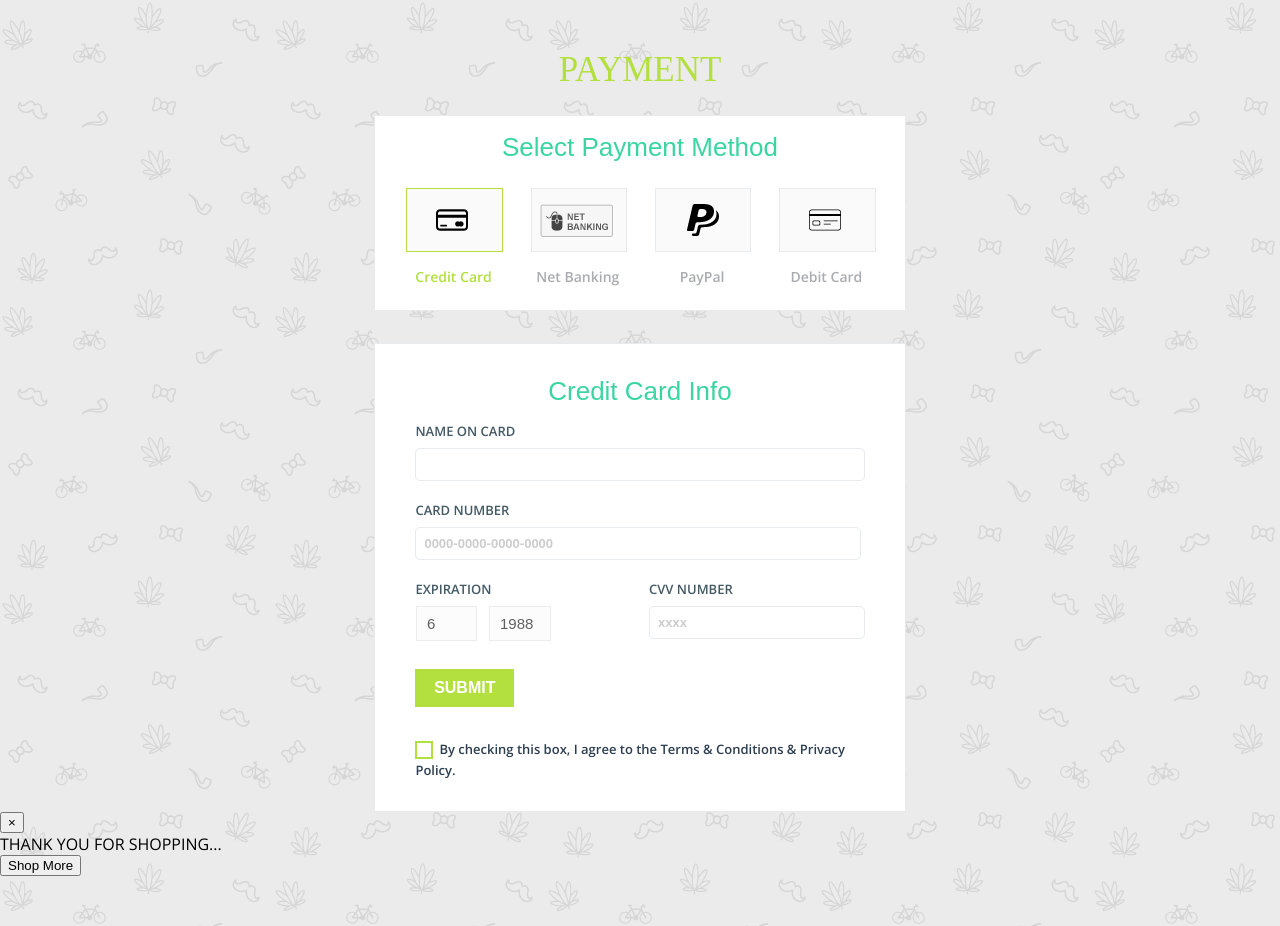
Repository: abinbabu/project-1-final
Page: http://localhost/shoppingcartfront/WEB-INF/views/lastpage.jsp
An editor plug-in stored every save of this project. The page is shown before and after the next save, followed by the edit.
The browser window is 1280 px wide. The pictures show the whole page.
Some web fonts or font styles are not loaded; a fallback is used. The page is served by Tomcat 9. Nobody is signed in. Other server files are loaded and not shown. The template is opened directly, without the code that normally fills it, so the values that code supplies are empty.

Above is the page before, as saved 2016-08-21 09:35:30.

### final complete/shoppingcartfront/src/main/webapp/WEB-INF/views/lastpage.jsp
<%@ page language="java" contentType="text/html; charset=ISO-8859-1"
    pageEncoding="ISO-8859-1"%>
    <%@ taglib prefix="spring" uri="http://www.springframework.org/tags"%>
<%@ taglib uri="http://java.sun.com/jsp/jstl/core" prefix="c"%>
<!DOCTYPE html PUBLIC "-//W3C//DTD HTML 4.01 Transitional//EN" "http://www.w3.org/TR/html4/loose.dtd">
<html>
<head>
<meta http-equiv="Content-Type" content="text/html; charset=ISO-8859-1">
<link href="<c:url value="/resources/css/style.css" />"
	rel="stylesheet">
	<link href='//fonts.googleapis.com/css?family=Fugaz+One' rel='stylesheet' type='text/css'>
<link href='//fonts.googleapis.com/css?family=Alegreya+Sans:400,100,100italic,300,300italic,400italic,500,500italic,700,700italic,800,800italic,900,900italic' rel='stylesheet' type='text/css'>
<link href='//fonts.googleapis.com/css?family=Open+Sans:400,300,300italic,400italic,600,600italic,700,700italic,800,800italic' rel='stylesheet' type='text/css'>
<script src="<c:url value="/resources/js/jquery.min.js" />"></script>


<title>payment</title>
</head>
<body>
<div class="main">
		<h1>Payment</h1>
		<div class="content">

			<script src="<c:url value="/resources/js/easyResponsiveTabs.js" />" type="text/javascript"></script>
					<script type="text/javascript">
						$(document).ready(function () {
							$('#horizontalTab').easyResponsiveTabs({
								type: 'default', //Types: default, vertical, accordion
								width: 'auto', //auto or any width like 600px
								fit: true   // 100% fit in a container
							});
						});

					</script>
						<div class="sap_tabs">
							<div id="horizontalTab" style="display: block; width: 100%; margin: 0px;">
								<div class="pay-tabs">
									<h2>Select Payment Method</h2>
									  <ul class="resp-tabs-list">
										  <li class="resp-tab-item" aria-controls="tab_item-0" role="tab"><span><label class="pic1"></label>Credit Card</span></li>
										  <li class="resp-tab-item" aria-controls="tab_item-1" role="tab"><span><label class="pic3"></label>Net Banking</span></li>
										  <li class="resp-tab-item" aria-controls="tab_item-2" role="tab"><span><label class="pic4"></label>PayPal</span></li>
										  <li class="resp-tab-item" aria-controls="tab_item-3" role="tab"><span><label class="pic2"></label>Debit Card</span></li>
										  <div class="clear"></div>
									  </ul>
								</div>
								<div class="resp-tabs-container">
									<div class="tab-1 resp-tab-content" aria-labelledby="tab_item-0">
										<div class="payment-info">

											<h3 class="pay-title">Credit Card Info</h3>
											<form>
												<div class="tab-for">
													<h5>NAME ON CARD</h5>
														<input type="text" value="">
													<h5>CARD NUMBER</h5>
														<input class="pay-logo" type="text" value="0000-0000-0000-0000" onfocus="this.value = '';" onblur="if (this.value == '') {this.value = '0000-0000-0000-0000';}" required="">
												</div>
												<div class="transaction">
													<div class="tab-form-left user-form">
														<h5>EXPIRATION</h5>
															<ul>
																<li>
																	<input type="number" class="text_box" type="text" value="6" min="1" />
																</li>
																<li>
																	<input type="number" class="text_box" type="text" value="1988" min="1" />
																</li>

															</ul>
													</div>
													<div class="tab-form-right user-form-rt">
														<h5>CVV NUMBER</h5>
														<input type="text" value="xxxx" onfocus="this.value = '';" onblur="if (this.value == '') {this.value = 'xxxx';}" required="">
													</div>
													<div class="clear"></div>
												</div>
												<input type="submit" value="SUBMIT" class="btn btn-info btn-lg" data-toggle="modal" data-target="#myModal">
											</form>
											<div class="single-bottom">
													<ul>
														<li>
															<input type="checkbox"  id="brand" value="">
															<label for="brand"><span></span>By checking this box, I agree to the Terms & Conditions & Privacy Policy.</label>
														</li>
													</ul>
											</div>
										</div>
									</div>
									<div class="tab-1 resp-tab-content" aria-labelledby="tab_item-1">
										<div class="payment-info">
											<h3>Net Banking</h3>
											<div class="radio-btns">
												<div class="swit">
													<div class="check_box"> <div class="radio"> <label><input type="radio" name="radio" checked=""><i></i>Andhra Bank</label> </div></div>
													<div class="check_box"> <div class="radio"> <label><input type="radio" name="radio"><i></i>Allahabad Bank</label> </div></div>
													<div class="check_box"> <div class="radio"> <label><input type="radio" name="radio"><i></i>Bank of Baroda</label> </div></div>
													<div class="check_box"> <div class="radio"> <label><input type="radio" name="radio"><i></i>Canara Bank</label> </div></div>
													<div class="check_box"> <div class="radio"> <label><input type="radio" name="radio"><i></i>IDBI Bank</label> </div></div>
													<div class="check_box"> <div class="radio"> <label><input type="radio" name="radio"><i></i>Icici Bank</label> </div></div>
													<div class="check_box"> <div class="radio"> <label><input type="radio" name="radio"><i></i>Indian Overseas Bank</label> </div></div>
													<div class="check_box"> <div class="radio"> <label><input type="radio" name="radio"><i></i>Punjab National Bank</label> </div></div>
													<div class="check_box"> <div class="radio"> <label><input type="radio" name="radio"><i></i>South Indian Bank</label> </div></div>
													<div class="check_box"> <div class="radio"> <label><input type="radio" name="radio"><i></i>State Bank Of India</label> </div></div>
												</div>
												<div class="swit">
													<div class="check_box"> <div class="radio"> <label><input type="radio" name="radio" checked=""><i></i>City Union Bank</label> </div></div>
													<div class="check_box"> <div class="radio"> <label><input type="radio" name="radio"><i></i>HDFC Bank</label> </div></div>
													<div class="check_box"> <div class="radio"> <label><input type="radio" name="radio"><i></i>IndusInd Bank</label> </div></div>
													<div class="check_box"> <div class="radio"> <label><input type="radio" name="radio"><i></i>Syndicate Bank</label> </div></div>
													<div class="check_box"> <div class="radio"> <label><input type="radio" name="radio"><i></i>Deutsche Bank</label> </div></div>
													<div class="check_box"> <div class="radio"> <label><input type="radio" name="radio"><i></i>Corporation Bank</label> </div></div>
													<div class="check_box"> <div class="radio"> <label><input type="radio" name="radio"><i></i>UCO Bank</label> </div></div>
													<div class="check_box"> <div class="radio"> <label><input type="radio" name="radio"><i></i>Indian Bank</label> </div></div>
													<div class="check_box"> <div class="radio"> <label><input type="radio" name="radio"><i></i>Federal Bank</label> </div></div>
													<div class="check_box"> <div class="radio"> <label><input type="radio" name="radio"><i></i>ING Vysya Bank</label> </div></div>
												</div>
												<div class="clear"></div>
											</div>
											<a href="#">Continue</a>
										</div>
									</div>
									<div class="tab-1 resp-tab-content" aria-labelledby="tab_item-2">
										<div class="payment-info">
											<h3>PayPal</h3>
											<h4>Already Have A PayPal Account?</h4>
											<div class="login-tab">
												<div class="user-login">
													<h2>Login</h2>

													<form>
														<input type="text" value="name@email.com" onfocus="this.value = '';" onblur="if (this.value == '') {this.value = 'name@email.com';}" required="">
														<input type="password" value="PASSWORD" onfocus="this.value = '';" onblur="if (this.value == '') {this.value = 'PASSWORD';}" required="">
															<div class="user-grids">
																<div class="user-left">
																	<div class="single-bottom">
																			<ul>
																				<li>
																					<input type="checkbox"  id="brand1" value="">
																					<label for="brand1"><span></span>Remember me?</label>
																				</li>
																			</ul>
																	</div>
																</div>
																<div class="user-right">
																	<input type="submit" value="LOGIN">
																</div>
																<div class="clear"></div>
															</div>
													</form>
												</div>
											</div>
										</div>
									</div>
									<div class="tab-1 resp-tab-content" aria-labelledby="tab_item-3">
										<div class="payment-info">

											<h3 class="pay-title">Dedit Card Info</h3>
											<form>
												<div class="tab-for">
													<h5>NAME ON CARD</h5>
														<input type="text" value="">
													<h5>CARD NUMBER</h5>
														<input class="pay-logo" type="text" value="0000-0000-0000-0000" onfocus="this.value = '';" onblur="if (this.value == '') {this.value = '0000-0000-0000-0000';}" required="">
												</div>
												<div class="transaction">
													<div class="tab-form-left user-form">
														<h5>EXPIRATION</h5>
															<ul>
																<li>
																	<input type="number" class="text_box" type="text" value="6" min="1" />
																</li>
																<li>
																	<input type="number" class="text_box" type="text" value="1988" min="1" />
																</li>

															</ul>
													</div>
													<div class="tab-form-right user-form-rt">
														<h5>CVV NUMBER</h5>
														<input type="text" value="xxxx" onfocus="this.value = '';" onblur="if (this.value == '') {this.value = 'xxxx';}" required="">
													</div>
													<div class="clear"></div>
												</div>
												<input type="submit" value="SUBMIT">
											</form>
											<div class="single-bottom">
													<ul>
														<li>
															<input type="checkbox"  id="brand" value="">
															<label for="brand"><span></span>By checking this box, I agree to the Terms & Conditions & Privacy Policy.</label>
														</li>
													</ul>
											</div>
										</div>
									</div>
								</div>
							</div>
						</div>

		</div>
		<div class="modal fade" id="myModal" role="dialog">
    <div class="modal-dialog">

      <!-- Modal content-->
      <div class="modal-content">
        <div class="modal-header">
          <button type="button" class="close" data-dismiss="modal">&times;</button>

        </div>
        <div class="modal-body">
          <p>THANK YOU FOR SHOPPING...    </p>
        </div>
        <div class="modal-footer">
          <button type="button" class="btn btn-default" data-dismiss="modal">Shop More</button>
        </div>
      </div>

    </div>
  </div>
		</div>
</body>
</html>

Loaded but not shown: final complete/shoppingcartfront/src/main/webapp/resources/css/style.css (common file); final complete/shoppingcartfront/src/main/webapp/resources/js/jquery.min.js (library); final complete/shoppingcartfront/src/main/webapp/resources/js/easyResponsiveTabs.js (common file)

After the next save:
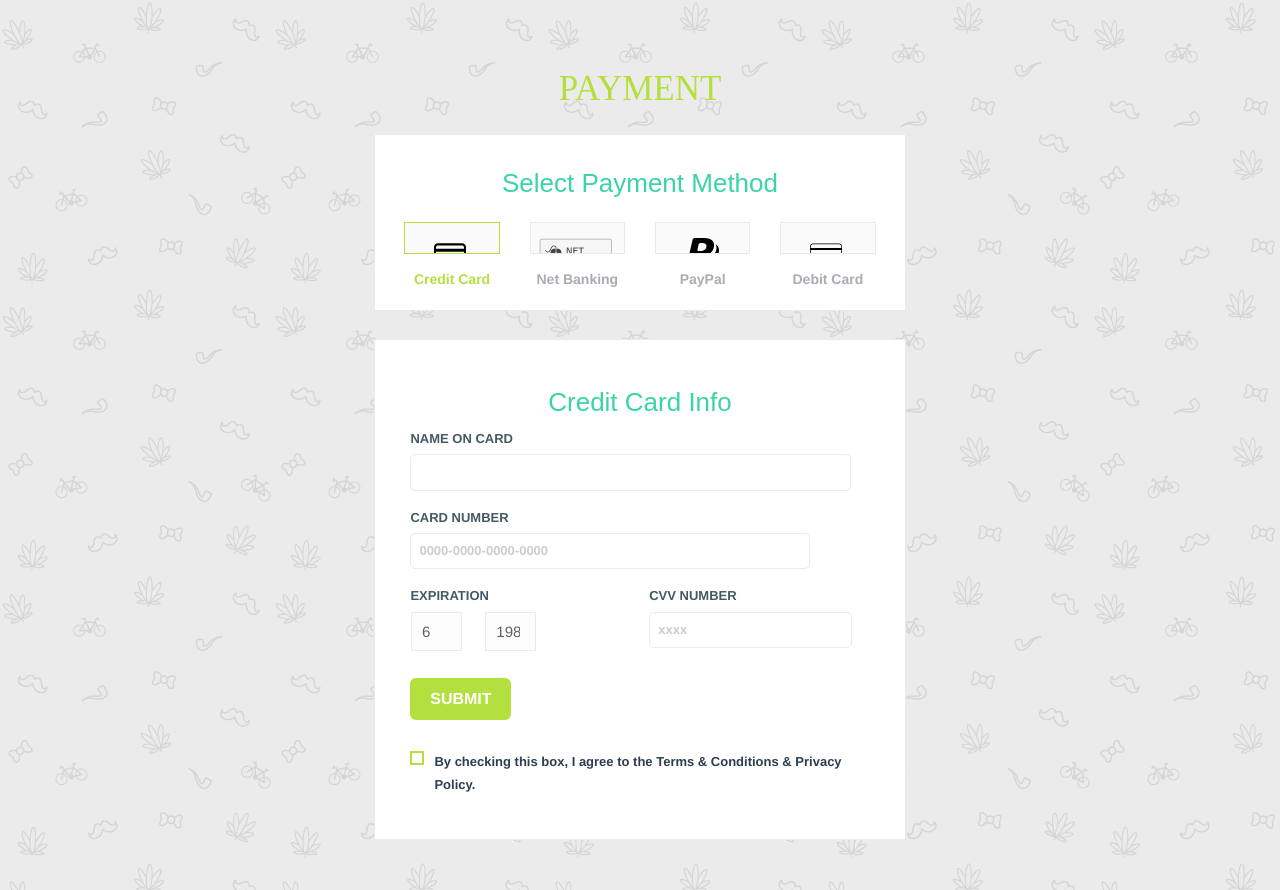
Saved 35 s later.
--- a/final complete/shoppingcartfront/src/main/webapp/WEB-INF/views/lastpage.jsp
+++ b/final complete/shoppingcartfront/src/main/webapp/WEB-INF/views/lastpage.jsp
@@ -12,7 +12,9 @@
 <link href='//fonts.googleapis.com/css?family=Alegreya+Sans:400,100,100italic,300,300italic,400italic,500,500italic,700,700italic,800,800italic,900,900italic' rel='stylesheet' type='text/css'>
 <link href='//fonts.googleapis.com/css?family=Open+Sans:400,300,300italic,400italic,600,600italic,700,700italic,800,800italic' rel='stylesheet' type='text/css'>
 <script src="<c:url value="/resources/js/jquery.min.js" />"></script>
-
+<link rel="stylesheet" href="http://maxcdn.bootstrapcdn.com/bootstrap/3.3.7/css/bootstrap.min.css">
+  <script src="https://ajax.googleapis.com/ajax/libs/jquery/1.12.4/jquery.min.js"></script>
+  <script src="http://maxcdn.bootstrapcdn.com/bootstrap/3.3.7/js/bootstrap.min.js"></script>
 
 <title>payment</title>
 </head>
